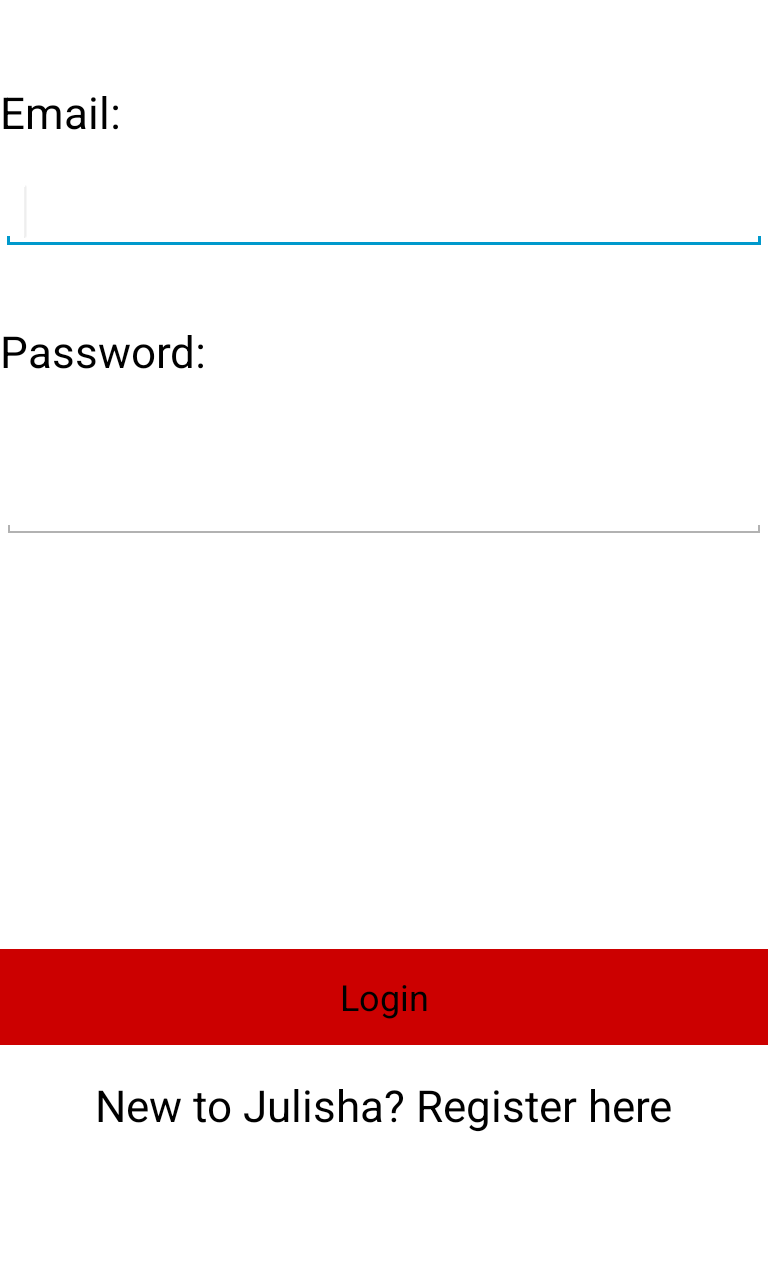
Repository: erwasambo/greendevelopment
Layout: GreenDevelopment/NASCuisine/res/layout/login.xml
The author's editor kept a copy of each file at every save. The layout is drawn from the files as they stood at one save, then again after the next save.
It is drawn on a 768 x 1280 px phone screen (xhdpi) without system bars, with theme AppTheme; the app's code is not run.

Above is the layout before, as saved 2013-12-03 01:36:34.

### GreenDevelopment/NASCuisine/res/layout/login.xml
<?xml version="1.0" encoding="utf-8"?>
<RelativeLayout xmlns:android="http://schemas.android.com/apk/res/android"
    android:layout_width="match_parent"
    android:layout_height="match_parent" >

    <TextView
        android:id="@+id/textView1"
        android:layout_width="wrap_content"
        android:layout_height="wrap_content"
        android:layout_alignParentLeft="true"
        android:layout_alignParentTop="true"
        android:layout_marginTop="41dp"
        android:text="@string/email"
        android:textAppearance="?android:attr/textAppearanceLarge" />

    <TextView
        android:id="@+id/textView2"
        android:layout_width="wrap_content"
        android:layout_height="wrap_content"
        android:layout_alignParentLeft="true"
        android:layout_below="@+id/textView1"
        android:layout_marginTop="90dp"
        android:text="@string/password"
        android:textAppearance="?android:attr/textAppearanceLarge" />


    <EditText
        android:id="@+id/loginEmail"
        android:layout_width="match_parent"
        android:layout_height="wrap_content"
        android:layout_alignParentLeft="true"
        android:layout_below="@+id/textView1"
        android:layout_marginTop="16dp"
        android:ems="10"
        android:inputType="textEmailAddress" >

        <requestFocus />
    </EditText>


    <EditText
        android:id="@+id/loginPassword"
        android:layout_width="match_parent"
        android:layout_height="wrap_content"
        android:layout_alignParentLeft="true"
        android:layout_below="@+id/textView2"
        android:layout_marginTop="41dp"
        android:ems="10"
        android:inputType="textPassword" />


    <TextView
        android:id="@+id/tvLinkToRegisterScreen"
        android:layout_width="wrap_content"
        android:layout_height="wrap_content"
        android:layout_alignParentBottom="true"
        android:layout_centerHorizontal="true"
        android:layout_marginBottom="73dp"
        android:text="@string/newtojulisharegister"
        android:textAppearance="?android:attr/textAppearanceLarge" />



    <TextView
        android:id="@+id/login_error"
        android:layout_width="wrap_content"
        android:layout_height="wrap_content"
        android:layout_alignParentBottom="true"
        android:layout_centerHorizontal="true"
        android:layout_marginBottom="14dp" />

    <Button
        android:id="@+id/btnLogin"
        android:layout_width="match_parent"
        android:layout_height="wrap_content"
        android:layout_above="@+id/tvLinkToRegisterScreen"
        android:layout_centerHorizontal="true"
        android:layout_marginBottom="15dp"
        android:background="@color/purple"
        android:text="@string/login" />

</RelativeLayout>

### GreenDevelopment/NASCuisine/res/values/strings.xml
<?xml version="1.0" encoding="utf-8"?>
<resources>

    <string name="app_name">NAS Cuisine</string>
     <string name="app_namelogin">NAS Cuisine - Log in</string>




    <string name="action_settings">Settings</string>
    <string name="activity_scrollview">ScrollView</string>
    <string name="activity_listview">ListView</string>
    <string name="activity_gridview">GridView</string>
    <string name="activity_webview">WebView</string>
    <string name="activity_fragment_tabs">Fragments + Tabs</string>
    <string name="activity_fragment_tabs_vp">Fragments + Tabs + ViewPager</string>
    <string name="pref_title_stick_container">Stick layer to</string>
    <string name="pref_title_show_shadow">Show shadow</string>
    <string name="pref_title_show_offset">Closed offset</string>
    <string name="open_button_container">Open</string>
    <string name="close_button_container">Close</string>
	<string name="title_activity_main">PayPal Access</string>
    <string name="title_activity_login">Login</string>
    <string name="btn_login">Login with PayPal</string>
    <string name="progress_loading_title">Loading&#8320;</string>
    <string name="progress_loading_msg">Login is possible in a few seconds</string>
    <string name="toast_login_ok">Logged in</string>
    <string name="toast_login_failed">Login failed</string>
    <string name="login_description">This enables the user to use his PayPal credentials to login. Thus he doesn\'t have to create yet another account and remember yet another password.</string>
	<string name="login_oauth">OAuth 2.0</string>
	<string name="login_openid">OpenID</string>

    <string name="swipe_label">Swipe!</string>
    <string name="swipe_left_label">Swipe left!</string>
    <string name="swipe_right_label">Swipe right!</string>
    <string name="swipe_up_label">Swipe up!</string>
    <string name="swipe_down_label">Swipe down!</string>

    <string name="label_right">Right</string>
    <string name="label_left">Left</string>
    <string name="label_middle">Middle</string>
    <string name="label_top">Top</string>
    <string name="label_bottom">Bottom</string>

    <string name="not_applicable">n/a</string>

    <string-array name="pref_list_titles">
        <item>@string/label_right</item>
        <item>@string/label_middle</item>
        <item>@string/label_left</item>
        <item>@string/label_top</item>
        <item>@string/label_bottom</item>
    </string-array>
    <string-array name="pref_list_values">
        <item>right</item>
        <item>middle</item>
        <item>left</item>
        <item>top</item>
        <item>bottom</item>
    </string-array>

    <string name="pref_go">Go!</string>

    <string name="no_media_warning">Storage Media not present</string>
    <string name="no_media_hint">Sharing the storage media with a PC can make it inaccessible</string>
    <string name="open_failed">Unable to open document</string>
    <string name="cancel">Cancel</string>
    <string name="search_backwards">Search backwards</string>
    <string name="search_forwards">Search forwards</string>
    <string name="search_document">Search document</string>
    <string name="picker_title">NAS Cuisine</string>
    <string name="outline_title">Table of Contents</string>
    <string name="enter_password">Enter Password</string>
    <string name="text_not_found">Text not found</string>
    <string name="searching_">Searching...</string>
    <string name="link_control">Link highlighting and enabling</string>
    <string name="no_further_occurences_found">No further occurences found</string>
    <string name="gen_pdf">Generate pdf</string>
    <string name="view_pdf">View pdf</string>
    <string name="title_activity_main">MainActivity</string>
    <string name="progress_title">Generateing pdf...</string>

    <string name="taliiafrica">Julisha</string>
	<string name="main">Julisha</string>
	<string name="weather">Check Weather</string>
	<string name="rescue">Emergency Rescue</string>
	<string name="exit">Exit</string>
	<string name="srtsail">Begin Sailing</string>
	<string name="stpsail">End Sailing</string>
	<string name="chkmap">Check Map</string>
	<string name="sets">Settings</string>
	<string name="vsltype">Vessel Type:</string>
	<string name="vid">Vessel Id:</string>
	<string name="vslname">Vessel Name:</string>
	<string name="wtrbody">Water Body:</string>
	<string name="desc">General Description:</string>
	<string name="sv">Save</string>
	<string name="lgout">Logout</string>
	<string name="sail">Sailing</string>
	<string name="myacc">My Account</string>
	<string name="date">Date:</string>
	<string name="time">Time:</string>
	<string name="initloc">Initial Location:</string>
	<string name="Destination">Destination:</string>
	<string name="onboard">Number Onboard:</string>
	<string name="act">Activity:</string>
	<string name="bgnSail">Begin Sailing</string>
	<string name="currLoc">Current Location:</string>
	<string name="endsail">End Sailing</string>
	<string name="prevloc">Previous Location</string>
	<string name="desc2">Image2</string>
	<string name="login">Login</string>
	<string name="email">Email:</string>
	<string name="password">Password:</string>
	<string name="newtojulisharegister">New to Julisha? Register here</string>
	<string name="registeracc">Register New Account</string>
	<string name="fullname">Full Name</string>
	<string name="logout">Logout</string>
	<string name="briefdesc">Brief Description:</string>
	<string name="safe">Safe</string>
	<string name="minor">Minor Problem</string>
	<string name="danger">Danger</string>
	<string name="xtremedanger">Extreme Danger</string>
	<string name="signup">Sign up</string>




</resources>

### GreenDevelopment/NASCuisine/res/values/colors.xml
<?xml version="1.0" encoding="utf-8"?>

<!--
  ~ Copyright 2013 Chris Banes
  ~
  ~ Licensed under the Apache License, Version 2.0 (the "License");
  ~ you may not use this file except in compliance with the License.
  ~ You may obtain a copy of the License at
  ~
  ~     http://www.apache.org/licenses/LICENSE-2.0
  ~
  ~ Unless required by applicable law or agreed to in writing, software
  ~ distributed under the License is distributed on an "AS IS" BASIS,
  ~ WITHOUT WARRANTIES OR CONDITIONS OF ANY KIND, either express or implied.
  ~ See the License for the specific language governing permissions and
  ~ limitations under the License.
  <color name="black">#FF000000</color>
  -->

<resources>
     <color name="white">#FFFFFF</color>
	 <color name="canvas">#CC0000</color>
		<color name="bar">#CC0000</color>
     <color name="black">#FF000000</color>
     <color name="purple">#CC0000</color>
    <color name="holo_dark_green">@color/purple</color>
	<color name="default_progress_bar_color">@color/white</color>
	 <color name="abs__background_holo_dark">@color/purple</color>
    <color name="abs__background_holo_light">@color/purple</color>
    <color name="abs__bright_foreground_holo_dark">@color/purple</color>
    <color name="abs__bright_foreground_holo_light">@color/purple</color>
    <color name="abs__bright_foreground_disabled_holo_dark">@color/purple</color>
    <color name="abs__bright_foreground_disabled_holo_light">@color/purple</color>
</resources>

Loaded but not shown: GreenDevelopment/NASCuisine/res/values/styles.xml (common file); GreenDevelopment/NASCuisine/res/values-v11/styles.xml (common file); GreenDevelopment/NASCuisine/res/values-v14/styles.xml (common file)

After the next save:
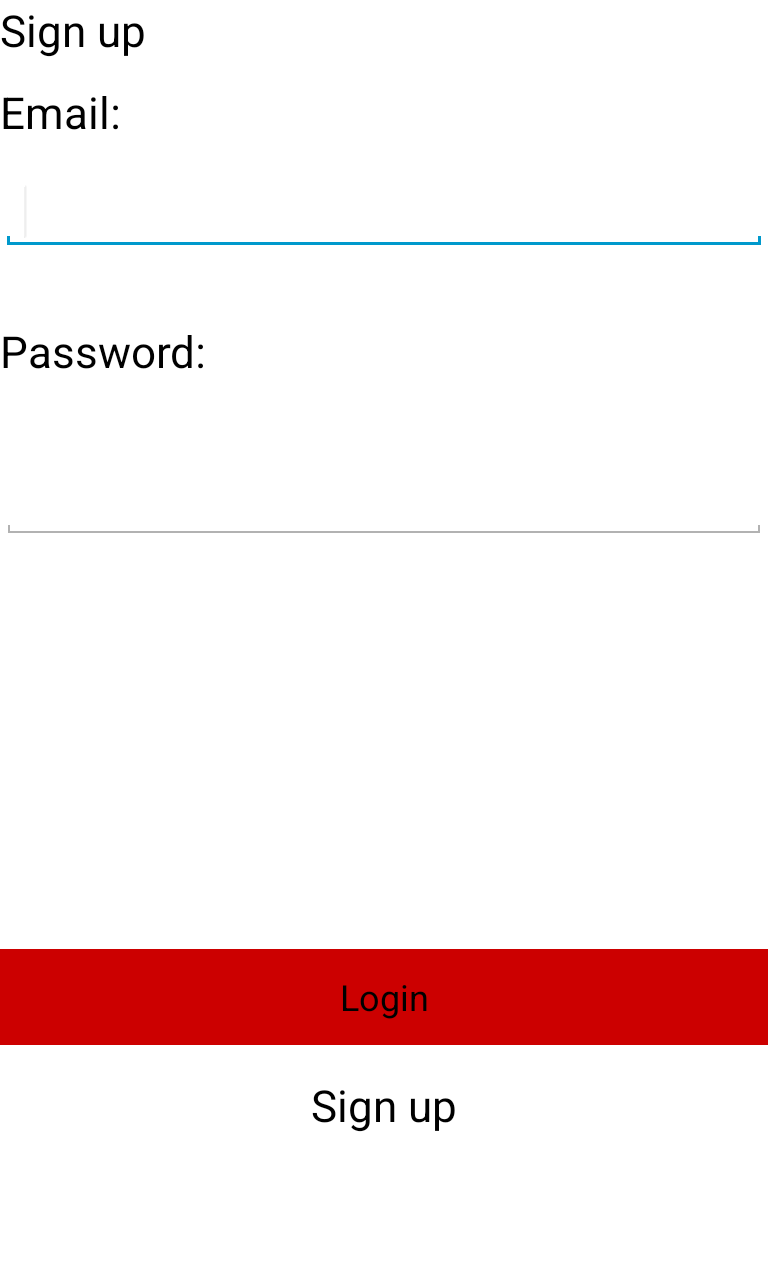
Saved 94 s later.
--- a/GreenDevelopment/NASCuisine/res/layout/login.xml
+++ b/GreenDevelopment/NASCuisine/res/layout/login.xml
@@ -56,7 +56,8 @@
         android:layout_alignParentBottom="true"
         android:layout_centerHorizontal="true"
         android:layout_marginBottom="73dp"
-        android:text="@string/newtojulisharegister"
+        android:text="@string/signup"
+        android:text_color="@color/purple"
         android:textAppearance="?android:attr/textAppearanceLarge" />
 
 
@@ -79,4 +80,13 @@
         android:background="@color/purple"
         android:text="@string/login" />
 
+    <TextView
+        android:id="@+id/TextView01"
+        android:layout_width="wrap_content"
+        android:layout_height="wrap_content"
+        android:layout_alignParentLeft="true"
+        android:layout_alignParentTop="true"
+        android:text="@string/signup"
+        android:textAppearance="?android:attr/textAppearanceLarge" />
+
 </RelativeLayout>
